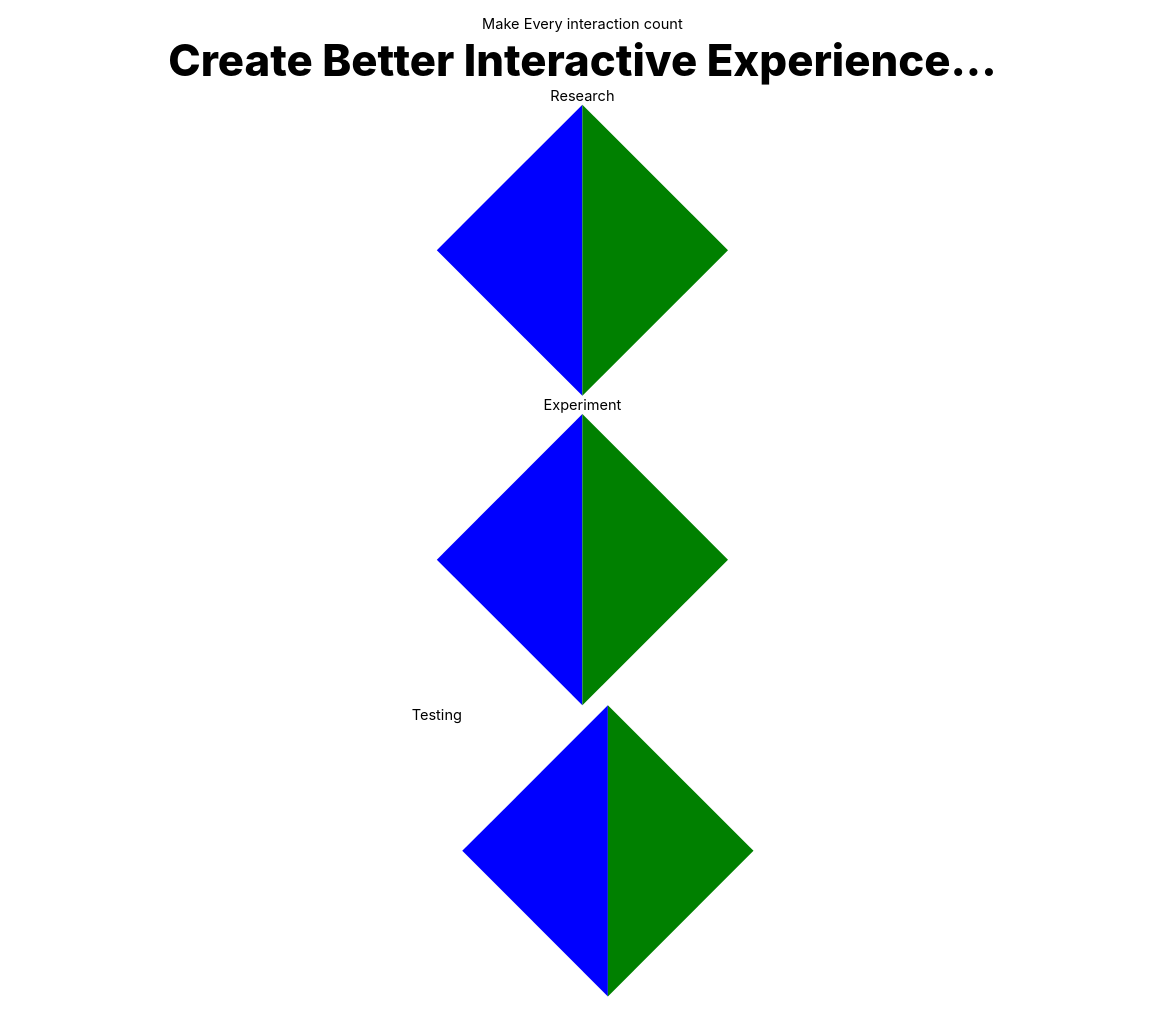
Repository: YingCG/interaction-design
Page: /
These files come from the project's save history. The page is drawn as it stood at one moment and after the next save; the edit follows.
The browser window is 1280 px wide. The pictures show the whole page, at 91% of full size.
The project was rebuilt for these pictures with package versions that can differ from the ones it lists, and the page was loaded fresh each time.

Above is the page before, as saved 2023-09-07 16:12:30.

After the next save:
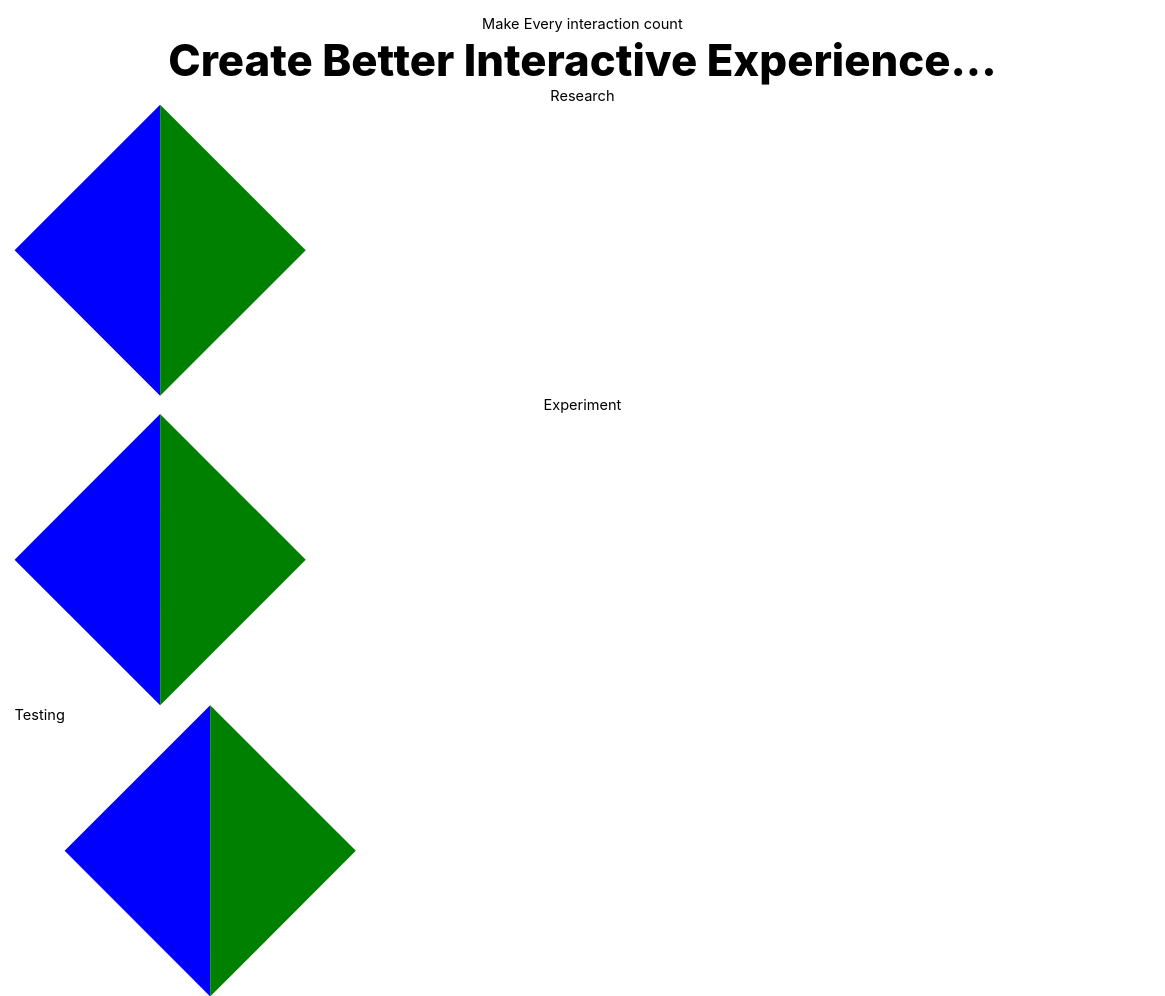
Saved 28 s later.
--- a/src/App.css
+++ b/src/App.css
@@ -27,11 +27,9 @@
 }
 
 .container {
-  display: flex;
   justify-content: center;
   align-items: center;
   width: 100%;
-  flex-direction: column;
 }
 
 .text-content {
